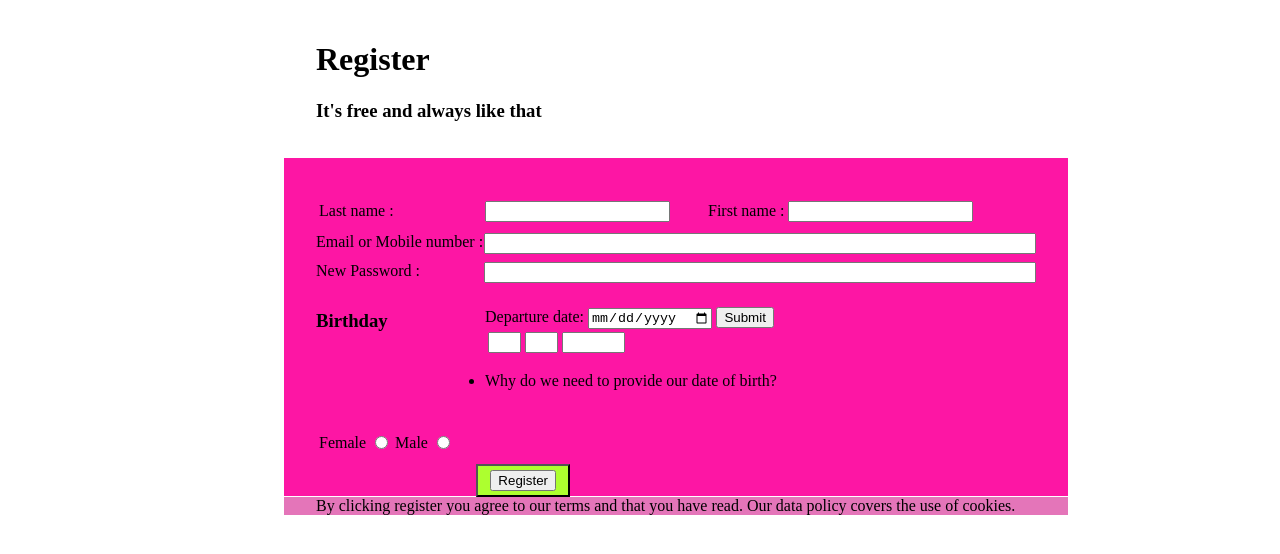
Repository: Helianthusss/Learn-CPP
Page: HTML/index.html
The author's editor kept a copy of each file at every save. The page is drawn from the files as they stood at one save, then again after the next save.
The browser window is 1280 px wide. The pictures show the whole page.

Above is the page before, as saved 2021-09-22 16:39:21.

After the next save:
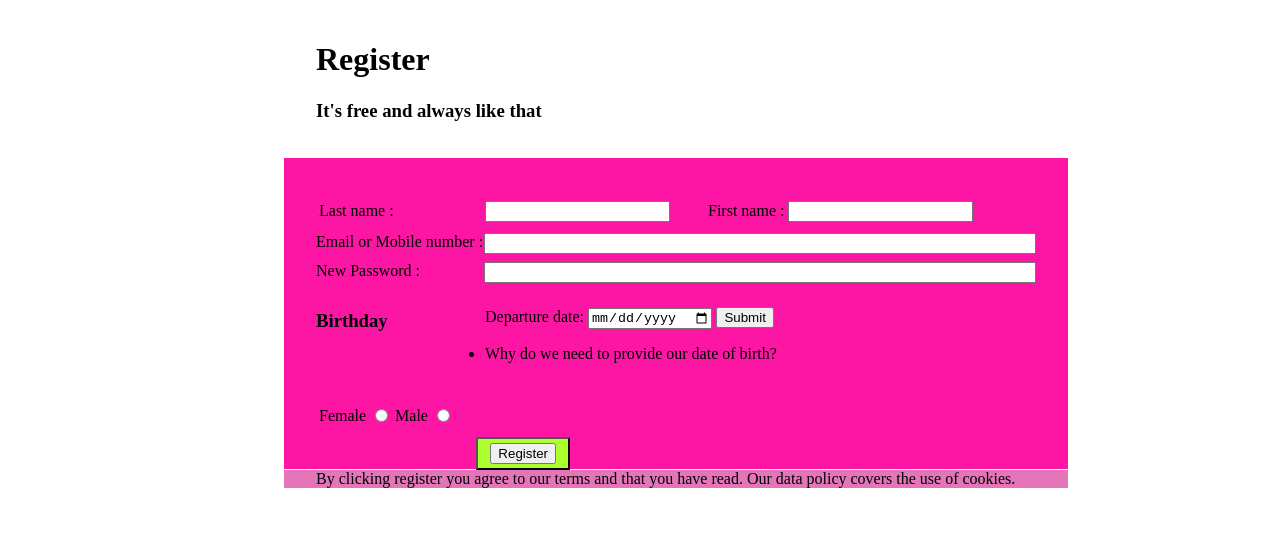
Saved 68 s later.
--- a/HTML/index.html
+++ b/HTML/index.html
@@ -60,19 +60,6 @@
                   <input type="date" name="depart" />
                   <input type="submit" value="Submit" />
                 </form>
-                <table>
-                  <tr>
-                    <td>
-                      <input class="form__inputbday" type="text" id="day" />
-                    </td>
-                    <td>
-                      <input class="form__inputbmonth" type="text" id="month" />
-                    </td>
-                    <td>
-                      <input class="form__inputbyear" type="text" id="year" />
-                    </td>
-                  </tr>
-                </table>
               </li>
               <li class="Question">
                 <p>Why do we need to provide our date of birth?</p>
